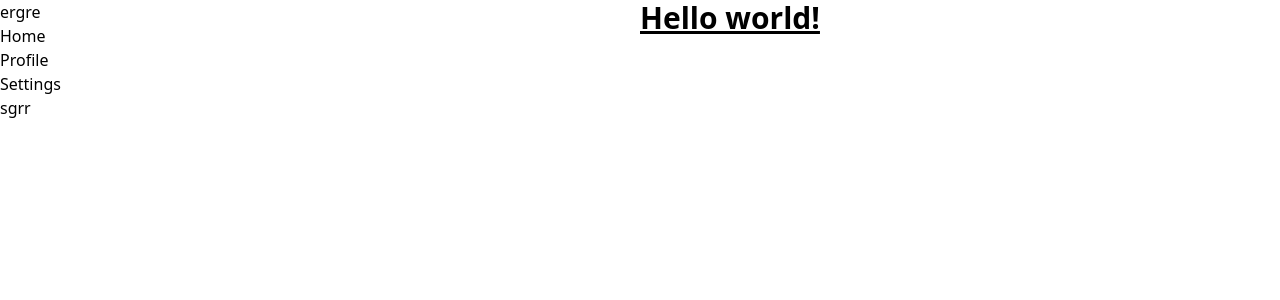
Repository: Yh010/dukaanDashboard
Page: /
An editor plug-in stored every save of this project. The page is shown before and after the next save, followed by the edit.
The browser window is 1280 px wide. The pictures show the whole page.
The project was rebuilt for these pictures with package versions that can differ from the ones it lists, and the page was loaded fresh each time. Also part of the build but not shown: vite.config.js, src/App.css.

Above is the page before, as saved 2024-01-21 11:09:33.

### src/App.jsx
/* import { useState } from 'react' */
/* import reactLogo from './assets/react.svg'
import viteLogo from '/vite.svg' */
import './App.css'
import SideNavBar from './components/sidenavbar'

function App() {
/*   const [count, setCount] = useState(0) */

  return (
    <div className='grid grid-cols-2'>
       <SideNavBar/>
        <h1 className="text-3xl font-bold underline">
            Hello world!
        </h1>

    </div>

  )
}

export default App

### src/components/sidenavbar.jsx
function SideNavBar() {
    return (
        <div className="sidenavbar justify: space-between">
            <div id="head">
                ergre
            </div>



            <div id="items">
                <ul>
                    <li>Home</li>
                    <li>Profile</li>
                    <li>Settings</li>
                 </ul>
            </div>



            <div id="credits">
                sgrr
            </div>

        </div>
    );
}

export default SideNavBar;

Loaded but not shown: index.html (common file); src/main.jsx (common file); src/index.css (common file); tailwind.config.js (common file)

After the next save:
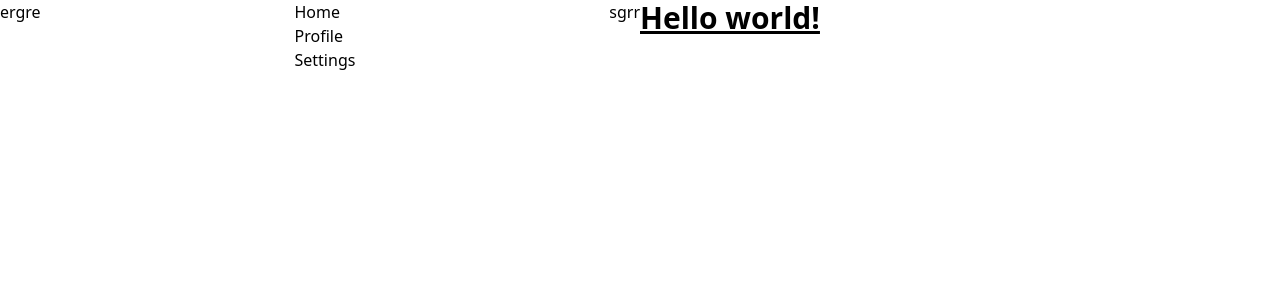
Saved 64 s later.
--- a/src/components/sidenavbar.jsx
+++ b/src/components/sidenavbar.jsx
@@ -1,6 +1,6 @@
 function SideNavBar() {
     return (
-        <div className="sidenavbar justify: space-between">
+        <div className="sidenavbar flex justify-between">
             <div id="head">
                 ergre
             </div>

After the save that followed:
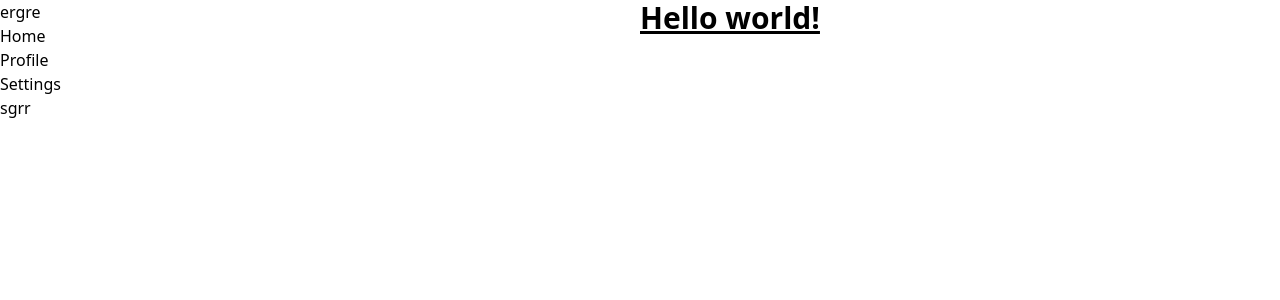
Saved 9 s later.
--- a/src/components/sidenavbar.jsx
+++ b/src/components/sidenavbar.jsx
@@ -1,6 +1,6 @@
 function SideNavBar() {
     return (
-        <div className="sidenavbar flex justify-between">
+        <div className="sidenavbar justify-between">
             <div id="head">
                 ergre
             </div>
